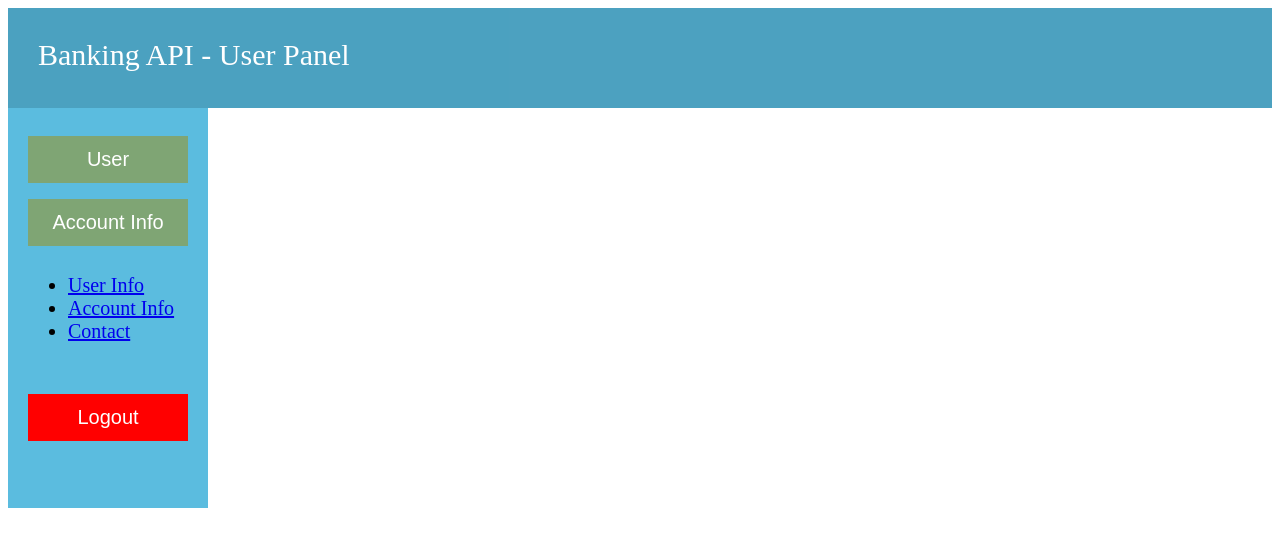
Repository: kennyufish/Revature_ROCP1_Project_Banking_API
Page: banking_api/src/main/webapp/userInfo.html
An editor plug-in stored every save of this project. The page is shown before and after the next save, followed by the edit.
The browser window is 1280 px wide. The pictures show the whole page.

Above is the page before, as saved 2020-10-10 16:09:47.

After the next save:
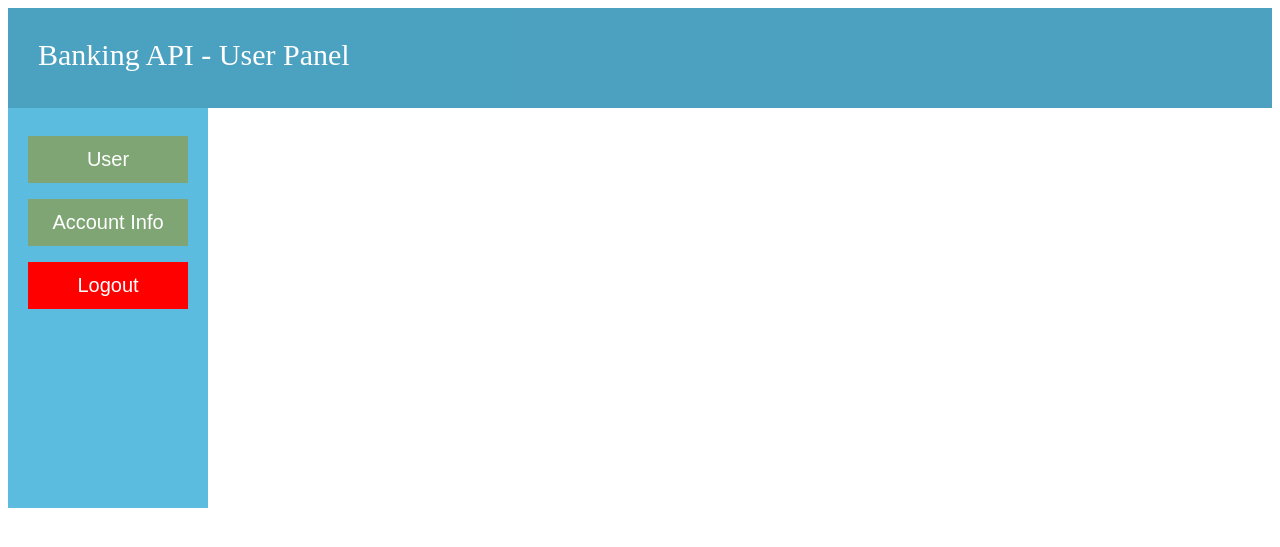
Saved 34 s later.
--- a/banking_api/src/main/webapp/userInfo.html
+++ b/banking_api/src/main/webapp/userInfo.html
@@ -77,12 +77,7 @@ opacity:0.5
 		<form action="displayAccount">
 		<button type="submit" >Account Info</button>
 		</form>
-			<ul>
-				<li><a href="userInfo">User Info</a></li>
-				<li><a href="displayAccount">Account Info</a></li>
-				<li><a href="#">Contact</a></li>
-			</ul>
-		<br>
+
 		<form action="loginUser">
 		<button style="background-color:red" type="submit" >Logout</button>
 		</form>
